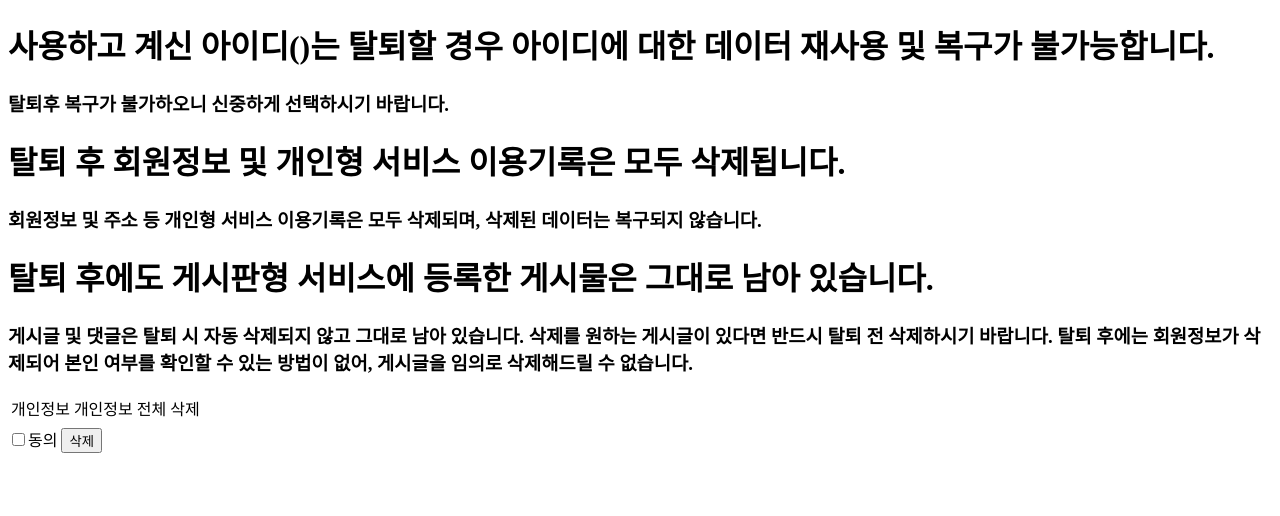
Repository: leehyeonung/project4
Page: http://localhost/book/WEB-INF/views/member/delete.jsp
These files come from the project's save history. The page is drawn as it stood at one moment and after the next save; the edit follows.
The browser window is 1280 px wide. The pictures show the whole page.
The page is served by Tomcat 9. Nobody is signed in. Other server files are loaded and not shown. The template is opened directly, without the code that normally fills it, so the values that code supplies are empty.

Above is the page before, as saved 2023-01-05 08:20:16.

### book/src/main/webapp/WEB-INF/views/member/delete.jsp
<%@ page language="java" contentType="text/html; charset=UTF-8"
    pageEncoding="UTF-8"%>
<!DOCTYPE html>
<html>
<head>
<meta charset="UTF-8">
<title>Insert title here</title>
</head>
<body>
<h1>사용하고 계신 아이디(${ses.mem_id})는 탈퇴할 경우 아이디에 대한 데이터 재사용 및 복구가 불가능합니다.</h1>
<h3>탈퇴후 복구가 불가하오니 신중하게 선택하시기 바랍니다.</h3>
<h1>탈퇴 후 회원정보 및 개인형 서비스 이용기록은 모두 삭제됩니다.</h1>
<h3>회원정보 및 주소 등 개인형 서비스 이용기록은 모두 삭제되며, 삭제된 데이터는 복구되지 않습니다.</h3>
<h1>탈퇴 후에도 게시판형 서비스에 등록한 게시물은 그대로 남아 있습니다.</h1>
<h3> 게시글 및 댓글은 탈퇴 시 자동 삭제되지 않고 그대로 남아 있습니다.
삭제를 원하는 게시글이 있다면 반드시 탈퇴 전 삭제하시기 바랍니다.
탈퇴 후에는 회원정보가 삭제되어 본인 여부를 확인할 수 있는 방법이 없어, 게시글을 임의로 삭제해드릴 수 없습니다.</h3>
<table>
<tr>
<td>개인정보</td>
<td>개인정보 전체 삭제</td>
</tr>
<tr>
<td></td>
<td></td>
</tr>
</table>

<form action="/mem/delete?mem_num=${ses.mem_num}" method="post" >
<input type="checkbox" name="deletecheck" value="okay">동의
<button type="submit">삭제</button>

</form>
</body>
</html>

After the next save:
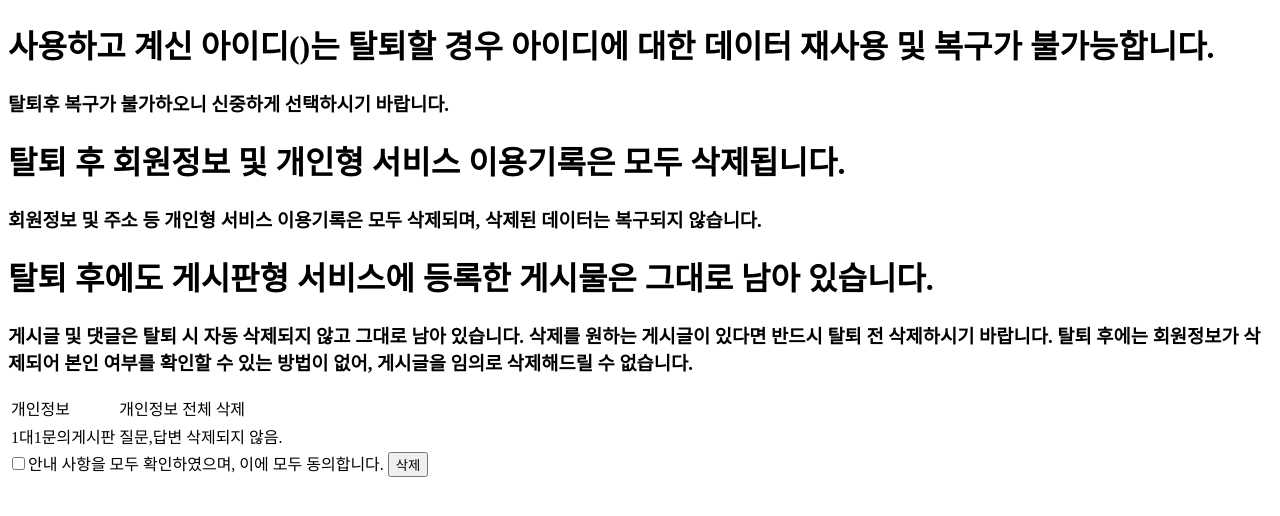
Saved 37 s later.
--- a/book/src/main/webapp/WEB-INF/views/member/delete.jsp
+++ b/book/src/main/webapp/WEB-INF/views/member/delete.jsp
@@ -21,13 +21,13 @@
 <td>개인정보 전체 삭제</td>
 </tr>
 <tr>
-<td></td>
-<td></td>
+<td>1대1문의게시판</td>
+<td>질문,답변 삭제되지 않음.</td>
 </tr>
 </table>
 
 <form action="/mem/delete?mem_num=${ses.mem_num}" method="post" >
-<input type="checkbox" name="deletecheck" value="okay">동의
+<input type="checkbox" name="deletecheck" value="okay">안내 사항을 모두 확인하였으며, 이에 모두 동의합니다.
 <button type="submit">삭제</button>
 
 </form>
